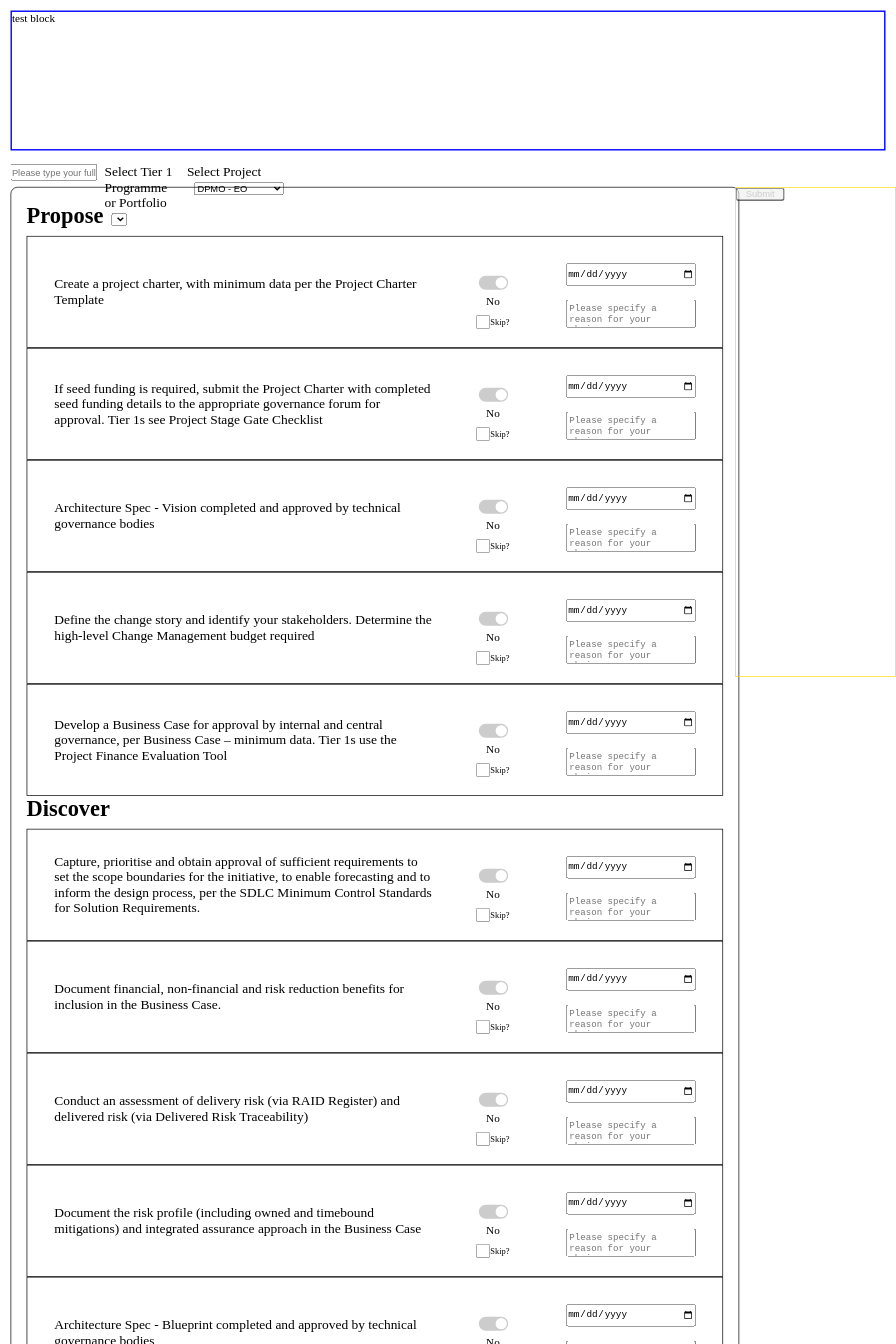
Repository: I-Alpha/JQuery-Html-form
Page: Project-form.html
These files come from the project's save history. The page is drawn as it stood at one moment and after the next save; the edit follows.
The browser window is 1280 px wide. The pictures show the part of the page from y = 0 to 1920 px (the page is 8699 px tall), at 70% of full size.

Above is the page before, as saved 2020-10-27 00:59:54.

### Project-form.html
<!DOCTYPE html>
<html lang="en">

<head>
    <meta charset="UTF-8">
    <meta name="viewport" content="width=device-width, initial-scale=1.0">
    <link rel="preload" type="fetch" id="Excelfile" name="Excelfile" value="QuestionData.xlsx" />
    <script src="https://ajax.googleapis.com/ajax/libs/jquery/3.5.1/jquery.min.js"></script>
    <script src="https://cdnjs.cloudflare.com/ajax/libs/xlsx/0.14.5/xlsx.full.min.js"></script>
    <script src="https://cdnjs.cloudflare.com/ajax/libs/babel-polyfill/6.26.0/polyfill.js"></script>
    <script src="https://cdnjs.cloudflare.com/ajax/libs/xlsx/0.8.0/jszip.js"></script>
    <script src="https://cdnjs.cloudflare.com/ajax/libs/xlsx/0.8.0/xlsx.js"></script>
    <script src="main.js"></script>
    <link rel="stylesheet" href="main.css" />
    </style>
    <title>Document</title>
</head>

<body style=" display:flex; flex-direction: column; padding: 15px">
    <div id="testblock" name="testblock" style="border:2px solid blue; width: 100%; min-height:200px">test block</div>


    <div id="mainwrapper" style="justify-content: center;">
        <div id="preBar" class="container">
            <div id="formControl" class="container">    <input type= "text" id= "fullname" class= "required" placeholder="Please type your full name"></input>
                <label for="selectPorfolio">Select Tier 1 Programme or Portfolio
                    <select name="selectPorfolio" id="selectPorfolio" style=" margin :0 0 0 10px; max-width:8rem;"
                        placeholder="Select Portfolio"></select></label>
                <label for="selectProject">Select Project
                    <select name="selectProject" id="selectProject" style=" margin :0 0 0 10px; max-width:8rem; "
                        placeholder="Select Portfolio"></select></label>
            </div>

        </div>
        <div id="formContainer" class="container">
            <div id="wrapper">
                <form id="form1">

                    <table class="hidden">
                        <tr>
                            <td colspan=4 class="questCol">
                                <label class="questionLabel" for="mainCheck"></label>
                            </td>
                            <td colspan=1 class="inputCol">
                                <span class="inputContainer">
                                    <span class="mainCheckContainer" style=" display:flex; flex-direction: column;">
                                        <label class="switch">
                                            <input class="mainCheck" type="checkbox" checked>
                                            <span class="slider  round"></span>
                                        </label>
                                        <p for="mainCheck" class="mainChoice" data-val="Yes">No</p>
                                    </span>
                                    <span class="skipContainer" style="left : 6px; display:flex; ">
                                        <input class="skipCheck" type="checkbox">
                                        <p class="skipChoice">Skip?</p>
                                    </span>

                                </span>
                            </td>
                            <td colspan=2 class="altCol">
                                <input type="date" min="getDate()">
                                <textarea type="text"
                                    placeholder="Please specify a reason for your choice...."></textarea>
                            </td>
                        </tr>
                    </table>

                </form>
            </div><div></div>
            <div id= "progressBar"  style ="border : 1px solid gold ; width :230px; right: 0;  position: fixed; height: 700px">
            <button style="order:1; margin:0;" class = "disabled"id="submitbtn" type="submit" form="form1" value="Submit">Submit</button>
        </div>
        </div>

    </div>

</body>

</html>

### main.css

    * {
        box-sizing: border-box;
        margin: 0;
        padding: 0;
        color: black;

    }

    html {
        width: 100%;
        height: 100%;

    }


    label{
        font-size:.9rem;
       }

    body {
        width: 100%;
        height: 100%;
        display: flex;
        position: relative;
        flex-direction: column;
    }

    .hidden{
    display:none;
    visibility: none;
    opacity: 0;
   position:absolute;
    }
    .center {

        text-align: center;
    }

    .container {
        display: flex;
        position: relative;
    }


    h1 {
        margin-bottom: 10px;
    }

    #wrapper {
        border: solid 1px black;
        border-radius: 10px;
        padding: 20px;
        margin-bottom: 10px;

    }

    #mainwrapper{
        max-width: 98%;
    }
    p {
        color: black;
        font-size: 1rem;
        height: auto;
        width: auto;
    }

 .disabled{
     opacity: 60%;
     color:darkgray;
     pointer-events: none;
 }
  form{
      width:100%;
      height : auto;
  }

    .skipContainer {
        position: relative;
        align-items: center;
        left: 0;
        display: flex;
        margin-top: 10px;
    }

    .skipCheck {
        width: 20px;
        height: 20px;

    }

    .skipChoice {font-size: 12px;}


    .skipChoice,
    .skipCheck {
        position: relative;
        left: -10px;
    }

    /* slider */
    .switch {
        position: relative;
        display: inline-block;
        width: 42px;
        height: 20px;
    }

    .switch input {
        opacity: 0;
        width: 0;
        height: 0;
    }

    .slider {
        position: absolute;
        cursor: pointer;
        top: 0;
        left: 0;
        right: 0;
        bottom: 0;
        background-color: #ccc;
        -webkit-transition: .4s;
        transition: .4s;
    }

    .slider:before {
        position: absolute;
        content: "";
        height: 16px;
        width: 16px;
        right:2px;
        bottom: 2px;
        background-color: white;
        -webkit-transition: .4s;
        transition: .4s;
    }

    .mainCheck:checked+.slider {
        background-color: #2196F3;
    }

    .mainCheck:focus+.slider {
        box-shadow: 0 0 1px #2196F3;
    }

    .mainCheck:checked+.slider:before {
        -webkit-transform: translateX(-23px);
        -ms-transform: translateX(-23px);
        transform: translateX(-23px);
    }

    /* Rounded sliders */
    .slider.round {
        border-radius: 34px;
    }

    .slider.round:before {
        border-radius: 50%;
    }

    /*end of slider section*/

    button {
        margin: 10px;
        width: 70px;
        border-radius: 4px;
    }

    td {
         display: flex;
         flex-direction: column;
    }
    td > *{
         padding : 5px 0;
    }


    tr{
        height:10rem;   border: 1px solid black;
        border-collapse: collapse;
}

tr::after{
    border: 1px solid green;
    height:1px;
    content: :" ";
    width: 100%;
    position: relative;
    display: block;
}

td.inputContainer {
    display: inline-block;
    height:100%;
}

td.inputCol{
    display:flex;
    position: relative;
    text-align: center;
    align-items:center;
    min-height:100%;

}

  .questCol textarea{

   padding:  2px  3px;
   display: block;
   position: relative;
   min-width: 95%;
}



/* iPads (portrait and landscape) ----------- */
@media only screen
and (min-device-width : 768px)
and (max-device-width : 1024px) {
/* Styles */
}

/* iPads (landscape) ----------- */
@media only screen
and (min-device-width : 768px)
and (max-device-width : 1024px)
and (orientation : landscape) {
/* Styles */
}

/* iPads (portrait) ----------- */
@media only screen
and (min-device-width : 768px)
and (max-device-width : 1024px)
and (orientation : portrait) {
/* Styles */
}

/* Desktops and laptops ----------- */
@media only screen
and (min-width : 1224px) {
/* Styles */

 label {
     font-size: 1.2rem;
 }

#wrapper{
     min-width: 85%;
     height:auto;
    }

    .inputContainer{

        position: relative;
        top:15px;
     }

    td.inputCol{
        position: absolute;
        vertical-align: middle;


    }

    td {
        position: relative;
        justify-content: center;
        padding:10px 15px;}

    .questCol{
        position: relative;
        padding-right: 5px;
        max-width:35rem;
    }

    td.altCol{
        position: relative;
        height: 100%;
    }
     textarea{
        resize: none;
        display: block;
        font-size: 13px;
        text-align: start;
        align-content: flex-start;
         width:100%;
         top:10px;
         position: relative;
         margin-top:10px;
         padding: 4px 4px;
         align-items: flex-start;
    }

     td.altCol input {
         width:100%;
     }

    tr{
        display: flex;
        flex-direction: row;
        border: 1px solid black;
        border-collapse: collapse;
        justify-content: space-around;

    }


  #preBar{
   display: grid;
   flex-direction: row;
   grid-template-columns: 25rem  4rem;
  grid-row:1 ;
  grid-column: 3;
   margin : 10px 0;
  }


  #preBar div{
 display: flex;
 height:2rem;

  }

  #radioBtnBox label{
    margin: 0 20px;
  }

  #radioBtnBox label input{
    margin: 0 10px;
  }
  #radioBtnBox{
    margin-left:90px;
    border:1px solid black;
    padding: 10px 0;
}

#formControl select{

    margin: 0px 10px 0  0;
}
#formControl label{
   margin:10px;
    align-items:center;

}

 #fullname{
     position: relative;
     max-height:1.5rem;
     bottom:-9.2px;
     width: 100%;

    }

#form1 {


    position: relative;
display: flex;
flex-direction: column;
}

table{
    width:100%;
}


.mainChoice {
    display: flex;
    margin-top: 8px;
    left:10px;
    position: relative;
}

#formContainer{


}

td.inputContainer {
    display: inline-block;
    height:100%;
}

td.inputCol{
    display:flex;
    position: relative;
    vertical-align: middle;
    text-align: center;
    align-items:center;
    min-height:100%;

}
}

/* Large screens ----------- */
@media only screen
and (min-width : 1824px) {
/* Styles */
}

/* iPhone 4 ----------- */
@media
only screen and (-webkit-min-device-pixel-ratio : 1.5),
only screen and (min-device-pixel-ratio : 1.5) {
/* Styles */
}

Loaded but not shown: main.js (514 lines, source omitted)

After the next save:
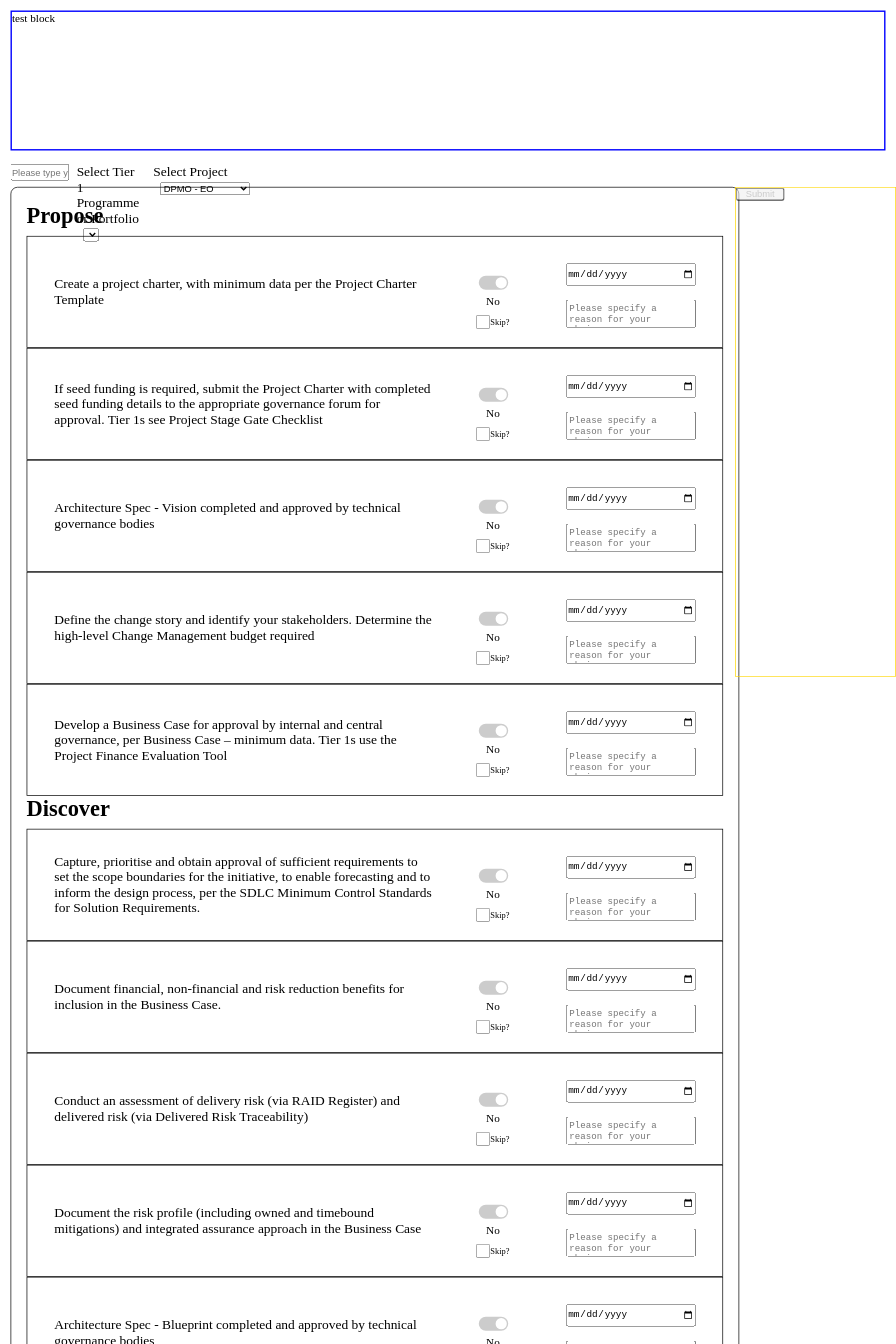
Saved 6 s later.
--- a/main.css
+++ b/main.css
@@ -310,7 +310,7 @@ and (min-width : 1224px) {
   #preBar{
    display: grid;
    flex-direction: row;
-   grid-template-columns: 25rem  4rem;
+   grid-template-columns: 22rem  4rem;
   grid-row:1 ;
   grid-column: 3;
    margin : 10px 0;
